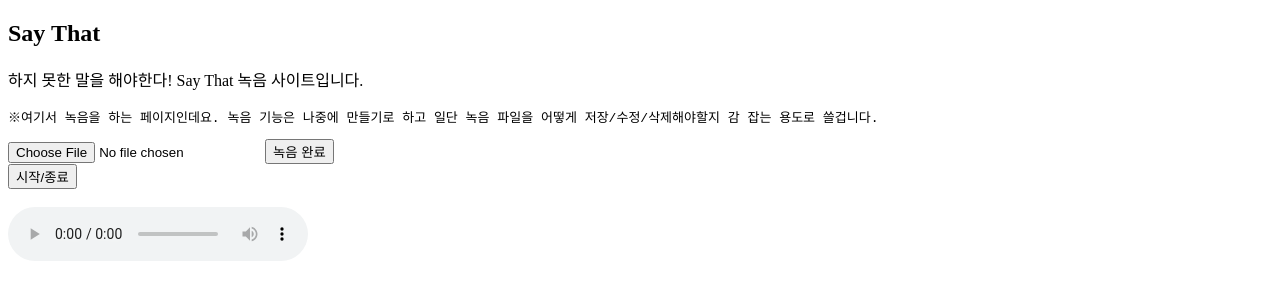
Repository: sanghun-kim-06/SayThat
Page: http://localhost/saythat/WEB-INF/view/insert.jsp
The author's editor kept a copy of each file at every save. The page is drawn from the files as they stood at one save, then again after the next save.
The browser window is 1280 px wide. The pictures show the whole page.
The page is served by Tomcat 9. Nobody is signed in. Other server files are loaded and not shown. The template is opened directly, without the code that normally fills it, so the values that code supplies are empty.

Above is the page before, as saved 2024-04-14 06:46:12.

### saythat/src/main/webapp/WEB-INF/view/insert.jsp
<%@ page language="java" contentType="text/html; charset=UTF-8"
    pageEncoding="UTF-8"%>
<!DOCTYPE html>
<html>
<head>
<meta charset="UTF-8">
<title>Say That</title>
</head>
<body>
<h2>Say That</h2>
<p>하지 못한 말을 해야한다! Say That 녹음 사이트입니다. <br></p>
<pre>※여기서 녹음을 하는 페이지인데요. 녹음 기능은 나중에 만들기로 하고 일단 녹음 파일을 어떻게 저장/수정/삭제해야할지 감 잡는 용도로 쓸겁니다.</pre>
<form action="#" method="POST" enctype="multipart/form-data">
<input type="file" accept="audio/">
<input type="submit" value="녹음 완료">
</form>
<button>시작/종료</button>
    <br><br>
    <audio controls>녹음된 소리를 재생할 audio 엘리먼트</audio>

    <div id="sound-clips"></div>
  <script>

    // 엘리먼트 취득
    const $audioEl = document.querySelector("audio");
    const $btn = document.querySelector("button");

    // 녹음중 상태 변수
    let isRecording = false;

    // MediaRecorder 변수 생성
    let mediaRecorder = null;

    // 녹음 데이터 저장 배열
    const audioArray = [];

    $btn.onclick = async function (event) {
        if(!isRecording){

            // 마이크 mediaStream 생성: Promise를 반환하므로 async/await 사용
            const mediaStream = await navigator.mediaDevices.getUserMedia({audio: true});

            // MediaRecorder 생성
            mediaRecorder = new MediaRecorder(mediaStream);

            // 이벤트핸들러: 녹음 데이터 취득 처리
            mediaRecorder.ondataavailable = (event)=>{
                audioArray.push(event.data); // 오디오 데이터가 취득될 때마다 배열에 담아둔다.
            }

            // 이벤트핸들러: 녹음 종료 처리 & 재생하기
            mediaRecorder.onstop = (event)=>{

                // 녹음이 종료되면, 배열에 담긴 오디오 데이터(Blob)들을 합친다: 코덱도 설정해준다.
                const blob = new Blob(audioArray, {"type": "audio/ogg codecs=opus"});
                audioArray.splice(0); // 기존 오디오 데이터들은 모두 비워 초기화한다.

                // Blob 데이터에 접근할 수 있는 주소를 생성한다.
                const blobURL = window.URL.createObjectURL(blob);

                // audio엘리먼트로 재생한다.
                $audioEl.src = blobURL;
                $audioEl.play();

            }

            // 녹음 시작
            mediaRecorder.start();
            isRecording = true;

        }else{
            // 녹음 종료
            mediaRecorder.stop();
            isRecording = false;
        }
    }


</script>

</body>
</html>

After the next save:
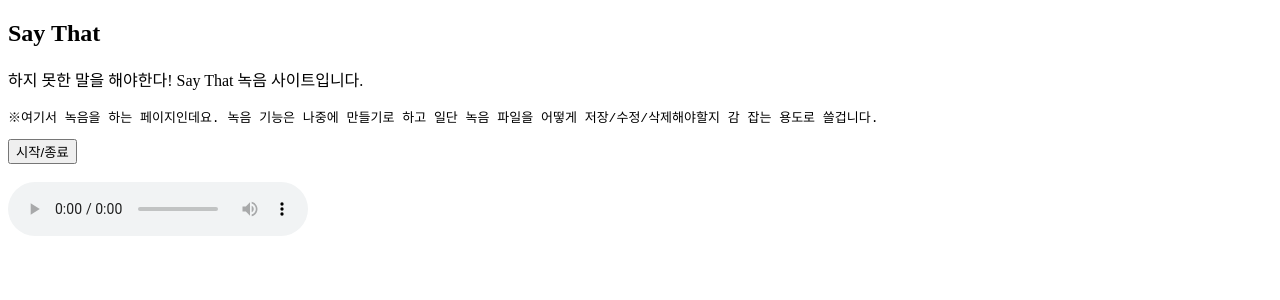
Saved 27 min 11 s later.
--- a/saythat/src/main/webapp/WEB-INF/view/insert.jsp
+++ b/saythat/src/main/webapp/WEB-INF/view/insert.jsp
@@ -10,10 +10,6 @@
 <h2>Say That</h2>
 <p>하지 못한 말을 해야한다! Say That 녹음 사이트입니다. <br></p>
 <pre>※여기서 녹음을 하는 페이지인데요. 녹음 기능은 나중에 만들기로 하고 일단 녹음 파일을 어떻게 저장/수정/삭제해야할지 감 잡는 용도로 쓸겁니다.</pre>
-<form action="#" method="POST" enctype="multipart/form-data">
-<input type="file" accept="audio/">
-<input type="submit" value="녹음 완료">
-</form>
 <button>시작/종료</button>
     <br><br>
     <audio controls>녹음된 소리를 재생할 audio 엘리먼트</audio>
